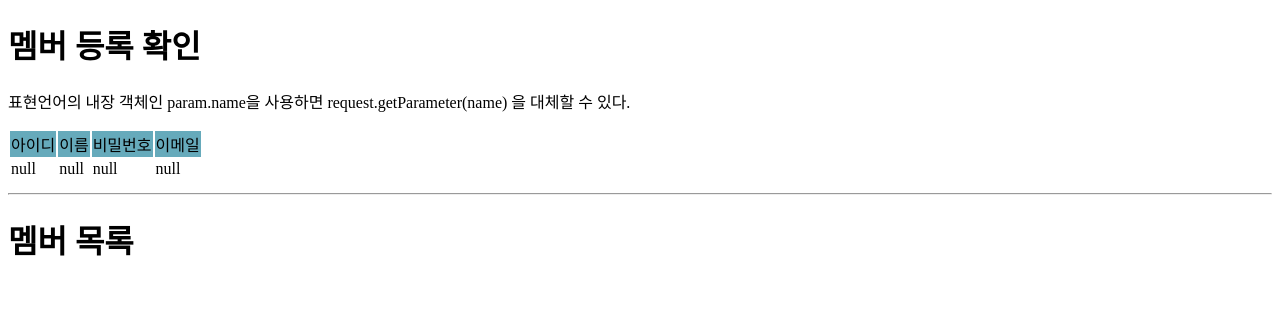
Repository: jsb5589/JAVAStudy
Page: http://localhost/JSP04/members/member5.jsp
The author's editor kept a copy of each file at every save. The page is drawn from the files as they stood at one save, then again after the next save.
The browser window is 1280 px wide. The pictures show the whole page.
The page is served by Tomcat 9. Other server files are loaded and not shown. The template is opened directly, without the code that normally fills it, so the values that code supplies are empty.

Above is the page before, as saved 2021-08-12 07:30:18.

### EZWebs/JSP04/src/main/webapp/members/member5.jsp
<%@ page language="java" contentType="text/html; charset=UTF-8"
    pageEncoding="UTF-8" isELIgnored="false"%>

<%
	request.setCharacterEncoding("UTF-8");

	String mid = request.getParameter("mid");
	String mname = request.getParameter("mname");
	String pwd = request.getParameter("pwd");
	String email = request.getParameter("email");
%>

<!DOCTYPE html>
<html>
<head>
	<meta charset="UTF-8">
	<title>멤버 등록 및 조회</title>
</head>
<body>
	<h1>멤버 등록 확인</h1>
	<p>표현언어의 내장 객체인 param.name을 사용하면 request.getParameter(name) 을 대체할 수 있다.</p>
	<table>
		<tr bgcolor="66aabb">
			<td>아이디</td>
			<td>이름</td>
			<td>비밀번호</td>
			<td>이메일</td>
		</tr>
		<tr>
			<td><%=mid%></td>
			<td><%=mname%></td>
			<td><%=pwd%></td>
			<td><%=email%></td>
		</tr>
		<tr>
			<td>${mid}</td>
			<td>${mname}</td>
			<td>${pwd}</td>
			<td>${email}</td>
	</table>

	<hr>
	<h1>멤버 목록</h1>
	</table>
</body>
</html>

After the next save:
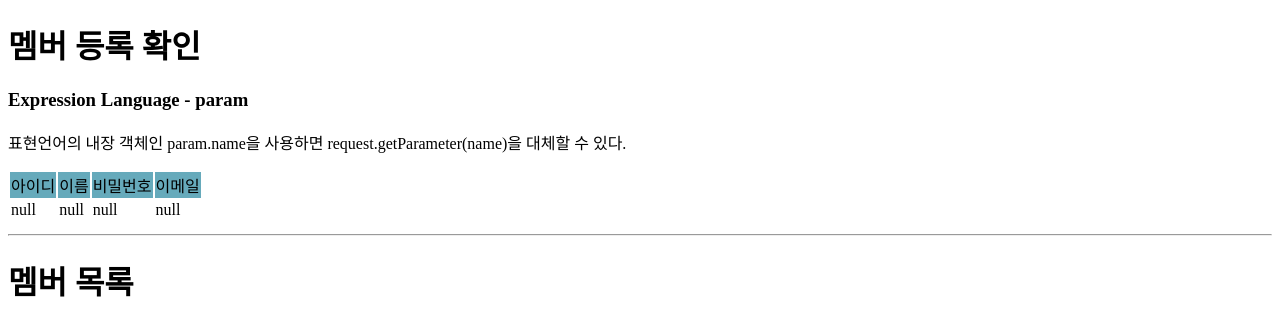
Saved 5 min 10 s later.
--- a/EZWebs/JSP04/src/main/webapp/members/member5.jsp
+++ b/EZWebs/JSP04/src/main/webapp/members/member5.jsp
@@ -18,7 +18,9 @@
 </head>
 <body>
 	<h1>멤버 등록 확인</h1>
-	<p>표현언어의 내장 객체인 param.name을 사용하면 request.getParameter(name) 을 대체할 수 있다.</p>
+	<h3>Expression Language - param</h3>
+	<p>표현언어의 내장 객체인 param.name을 사용하면
+	request.getParameter(name)을 대체할 수 있다.</p>
 	<table>
 		<tr bgcolor="66aabb">
 			<td>아이디</td>
